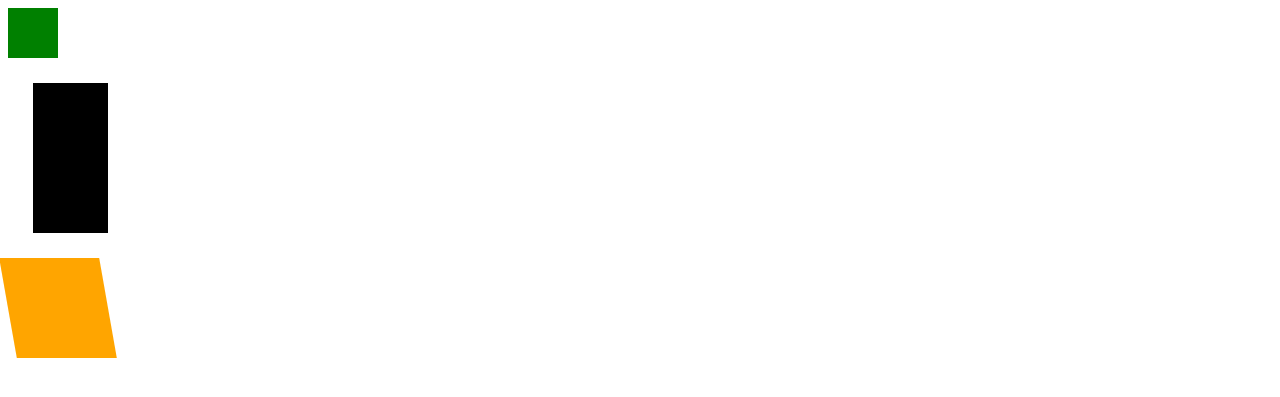
Repository: Matt-F90/making-elements-dance
Page: index.html
The author's editor kept a record of every edit. The page is drawn from the files as they stood at one moment, then again after the next edit.
The browser window is 1280 px wide. The pictures show the whole page.

Above is the page before.

### index.html
<!DOCTYPE html>
<html lang="en">
<head>
    <meta charset="UTF-8">
    <meta name="viewport" content="width=device-width, initial-scale=1.0">
    <meta http-equiv="X-UA-Compatible" content="ie=edge">
    <title>Document</title>
    <link rel="stylesheet" href="main.css" type="text/css" />
</head>
<body>
   <div class="box"></div>

   <div class="box2"></div>

   <div class="box3"></div>
</body>
</html>

### main.css
.navdefault {
    position: fixed;
    top: 0;
    left: 0;
    right: 0;
    background-color: #4a4a4f;
}

button {
    border:none;
    background-color: #0997d3;
    width: 150px;
    height: 50px;
    color: #fff;
    text-transform: uppercase;
    cursor: pointer;
}

.dropdownMenu {
    list-style: none;
    margin: 0;
    position: absolute;
    top: 50px;
    left: 0;
    right: 0;
    width: 150px;
    padding: 0;
    text-align: center;
    box-shadow: 12px 13px 17px 3px rgba(0,0,0,0.75);
}

.dropdownLink {
    text-decoration: none;
    display: block;
    background-color: #f9f9f9;
    color: #4a4a4f;
    padding: 10px 5px;
    transition: background-color .5s ease-in-out, color .5s ease-in-out;
    }

.dropdownLink:hover {
    color: #fff;
    background-color: #a0a0a3
}

.dropdown {
    width: 150px;
    position: relative;
}

.dropdown:hover button {
    background-color: #018ec5;

}

.centrev {
    position: relative;
    top: 600px;
    transform: translateY(-50%);
}

.box {
    width: 50px;
    height: 50px;
    background-color: green;
    transition-property: width, background-color;
    transition-duration: 2s;
    transition-timing-function: ease-in-out
}

.box:hover {
    width: 150px;
    background-color:red;
}

.box2 {
    background-color: black;
    height: 150px;
    width: 0px;
    margin: 25px;
    animation-name: growing;
    animation-duration: 2s;
    animation-timing-function: ease-in-out;
    animation-fill-mode: forwards;
    animation-iteration-count: infinite;
    animation-direction: alternate;
}

@keyframes growing {
    from {
        width: 0px
    }
    to {
        width: 150px;
    }
}

.box3 {
    background-color: orange;
    height: 100px;
    width: 100px;
    transform: skewX(10deg);
}

After the next edit:
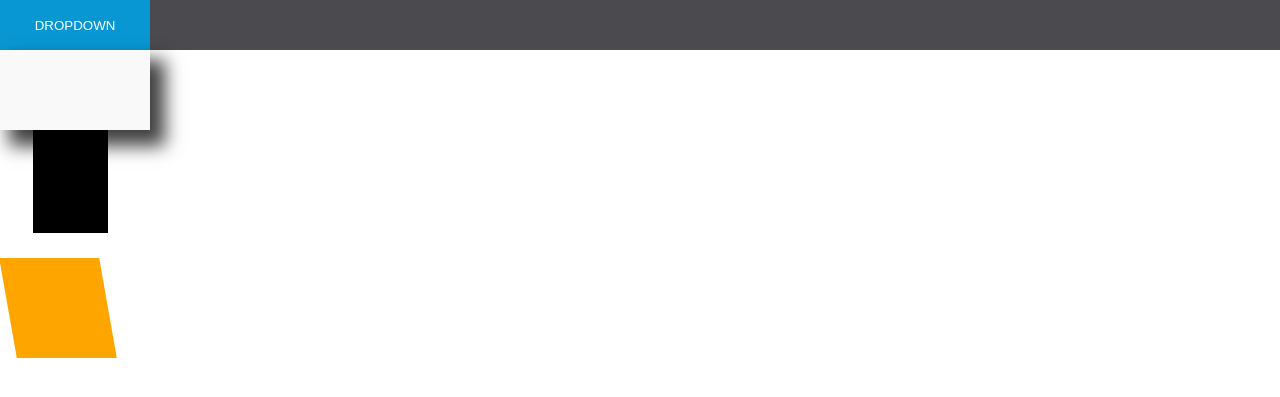
The edit:
--- a/index.html
+++ b/index.html
@@ -8,6 +8,17 @@
     <link rel="stylesheet" href="main.css" type="text/css" />
 </head>
 <body>
+    <nav class="navdefault">
+        <button>Dropdown</button>
+
+        <ul class="dropdownMenu">
+            <li class="dropdownItem"><a href="#" class="dropdownLink"></a></li>
+            <li class="dropdownItem"><a href="#" class="dropdownLink"></a></li>
+            <li class="dropdownItem"><a href="#" class="dropdownLink"></a></li>
+            <li class="dropdownItem"><a href="#" class="dropdownLink"></a></li>
+        </ul>
+    </nav>
+
    <div class="box"></div>
 
    <div class="box2"></div>
